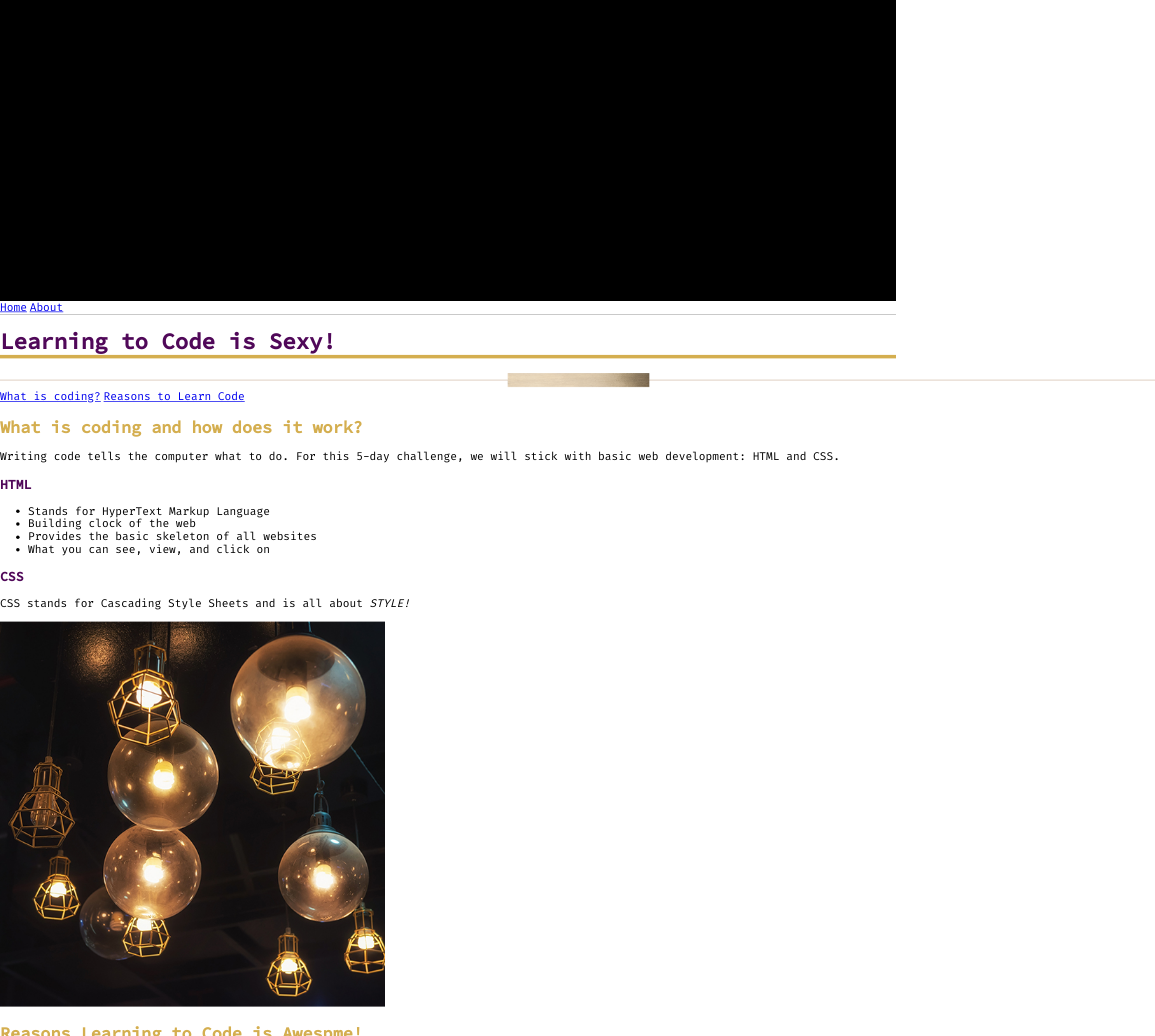
Repository: DrVicki/master
Page: index.html
These files come from the project's save history. The page is drawn as it stood at one moment and after the next save; the edit follows.
The browser window is 1280 px wide. The page is 1650 px wide, so the pictures cover 1650 px, including what lies to the right of the window. The pictures show the part of the page from y = 0 to 1480 px (the page is 2608 px tall before and 2603 px after), at 70% of full size.

Above is the page before, as saved 2022-05-31 13:24:56.

### index.html
<!DOCTYPE html>
<html>

<head>
    <meta charset="UTF-8" />
    <title>Vicki's 5 Day Challenge</title>
    <link href="https://fonts.googleapis.com/css2?family=Fira+Code:wght@300;400&family=Source+Code+Pro:wght@200&display=swap" rel="stylesheet">
    <link rel="preconnect" href="https://fonts.googleapis.com">
    <link rel="preconnect" href="https://fonts.gstatic.com" crossorigin>
    <link href="https://fonts.googleapis.com/css2?family=Source+Code+Pro:wght@500&display=swap" rel="stylesheet">
    <link rel="preconnect" href="https://fonts.googleapis.com">
    <link rel="preconnect" href="https://fonts.gstatic.com" crossorigin>
    <link href="https://fonts.googleapis.com/css2?family=Source+Code+Pro:wght@200&display=swap" rel="stylesheet">

    <link href="styles/style.css" rel="stylesheet" type="text/css" />
    <link href="styles/normalize.css" rel="stylesheet" type="text/css" />
</head>

<body>
    <header>
        <nav>
            <div class="header-background-color">
                <a href="https://www.vickibealmanstudio.org/" target="_blank">
                    <img src="/Users/vickibealman/Desktop/Master/images/vbstudioLogo.png" alt="Vicki Bealman Studio Logo" class="logo" /> </a>
            </div>
            <div class="nav-button-bg">
                <a href=" index.html ">Home</a>
                <a href="about.html ">About</a>
            </div>
        </nav>
    </header>

    <div class="heading-one-purple">
        <h1>Learning to Code is Sexy!</strong>
        </h1>
        <img src="/Users/vickibealman/Desktop/Master/images/DividerGold.png " alt="Divider " />

        <nav>
            <a href="#introduction ">What is coding?</a>
            <a href="#reasons ">Reasons to Learn Code</a>
        </nav>
    </div>

    <div>
        <h2 class="heading-two-gold ">What is coding and how does it work?</h2>

        <p>Writing code tells the computer what to do. For this 5-day challenge, we will stick with basic web development: HTML and CSS.
        </p>

        <h3 class="heading-three-darkgold ">HTML</h3>
        <ul>
            <li>Stands for HyperText Markup Language</li>
            <li>Building clock of the web</li>
            <li>Provides the basic skeleton of all websites</li>
            <li>What you can see, view, and click on</li>
        </ul>
        <h3 class="heading-three-darkgold ">CSS</h3>
        <p>CSS stands for Cascading Style Sheets and is all about
            <em>STYLE!</em></p>
    </div>

    <div>
        <div>
            <img src="images/GoldBalls.jpg " alt="Gold Balls " />
        </div>
        <h2 class="heading-two-gold ">Reasons Learning to Code is Awespme!</h2>
        <h3 class="heading-three-darkgold ">Learning to code opens up so many doors, so it's definitely worth giving it a go!</h3>
        <ul>
            <li>Anyone can learn to code!
                <strong>Seriously</strong>, whether you are young or old, male or female, you can do it! I am living proof!</li>
            <li>Learning to code = <em>higher prices!</em>By learning a highly in-demand skill like coding, you can almost immediately increase your prices.</li>
            <li>You can work from anywhere! No joke, as long as you have a computer and internet connection, you can
                <strong><em>geek out</em></strong>on code anywhere you please!</li>
        </ul>
        <h3 class="heading-three-darkgold ">You can't go wrong with tech skills!</h3>
        <p>Nearly everything is tech-related, so why not get ahead of the curve and learn an awesome tech skill? Learning to code is only the beginning to your amazing future!</p>
    </div>

    <footer>

        <a href="https://geekpack.cpm ">
            <img src="images/GeekPack.png " alt="GeekPack Logo " /></a>
        <p>Copyright 2022 | All Rights Reserved</p>
    </footer>
</body>

</html>

### styles/style.css
header {
    background: black;
}

body {
    background-color: rgb(255, 255, 255);
    margin-top: 50px;
    margin-bottom: 50px;
    margin-left: 50px;
}

.nav-button-bg {
    background-color: rgb(255, 255, 255);
}

.logo {
    width: 100%;
    padding-bottom: 10px;
    padding-top: 10px;
    padding-left: 10px;
}

h1 {
    font-size: 40px;
    font-family: 'Source Code Pro', monospace;
    border-bottom: 5px solid #d4ae4f;
}

h2 {
    font-family: 'Source Code Pro', monospace;
}

h3 {
    font-family: 'Source Code Pro', monospace;
}

p {
    font-family: 'Fira Code', monospace;
}

li {
    font-family: 'Fira Code', monospace;
}

a {
    font-family: 'Fira Code', monospace;
}

.heading-two-gold {
    color: #d4ae4f;
}

.heading-three-darkgold {
    color: rgb(80, 8, 89);
}

.heading-one-purple {
    color: rgb(80, 8, 89);
}

Loaded but not shown: styles/normalize.css (library)

After the next save:
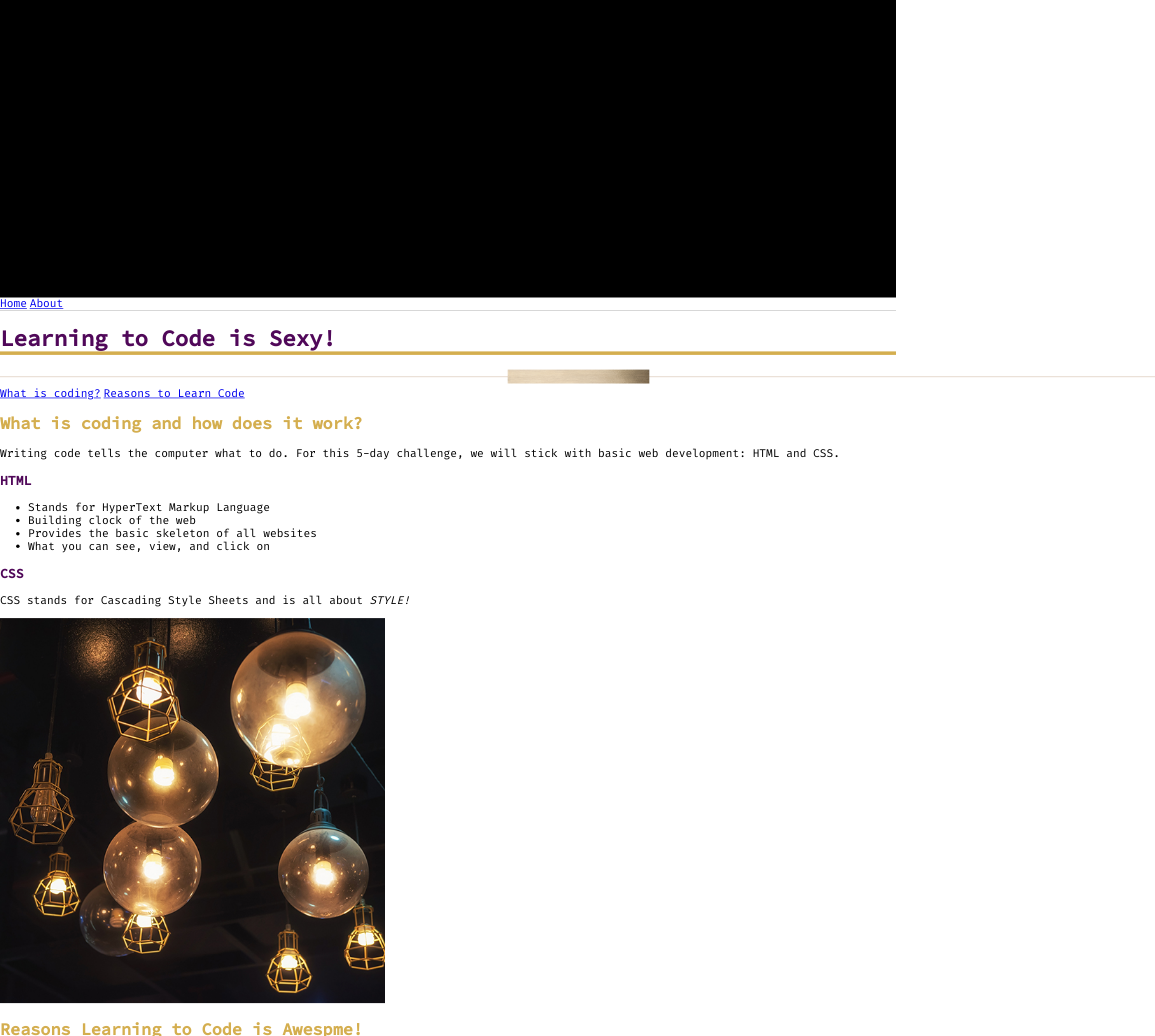
Saved 4 s later.
--- a/styles/style.css
+++ b/styles/style.css
@@ -13,12 +13,7 @@
     background-color: rgb(255, 255, 255);
 }
 
-.logo {
-    width: 100%;
-    padding-bottom: 10px;
-    padding-top: 10px;
-    padding-left: 10px;
-}
+.logo {}
 
 h1 {
     font-size: 40px;
